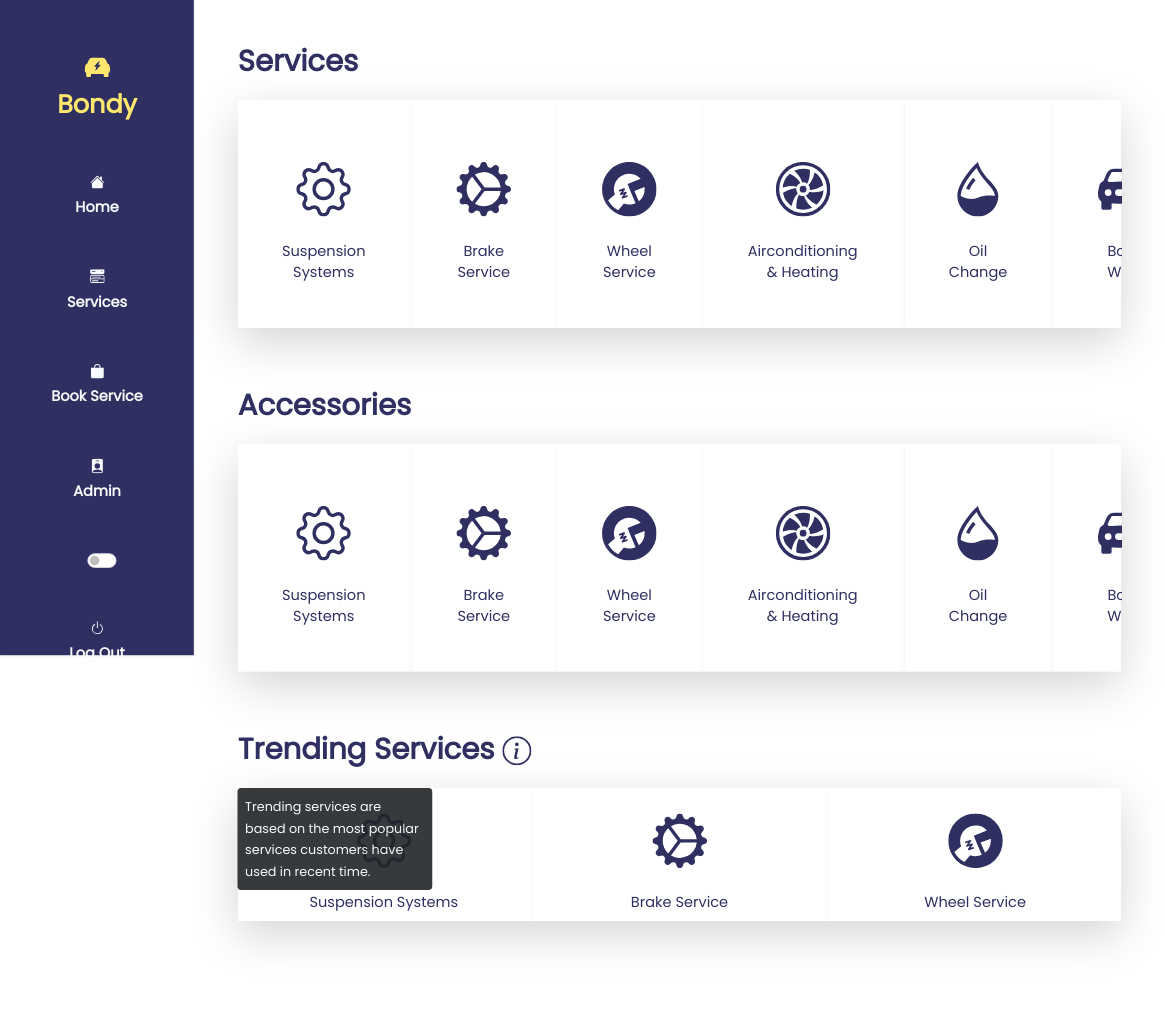
Repository: duzzisantos/bondy
Page: /, after clicking the first element matching `svg.bi-info-circle`
An editor plug-in stored every save of this project. The page is shown before and after the next save, followed by the edit.
The browser window is 1280 px wide. The pictures show the whole page, at 91% of full size.
Some web libraries are served in a nearby version. The project was rebuilt for these pictures with package versions that can differ from the ones it lists, and the page was loaded fresh each time. Also part of the build but not shown: src/components/Services/ServiceTemplate.tsx, src/data/mockData.ts, src/views/Services.tsx.

Above is the page before, as saved 2023-06-25 14:39:07.

After the next save:
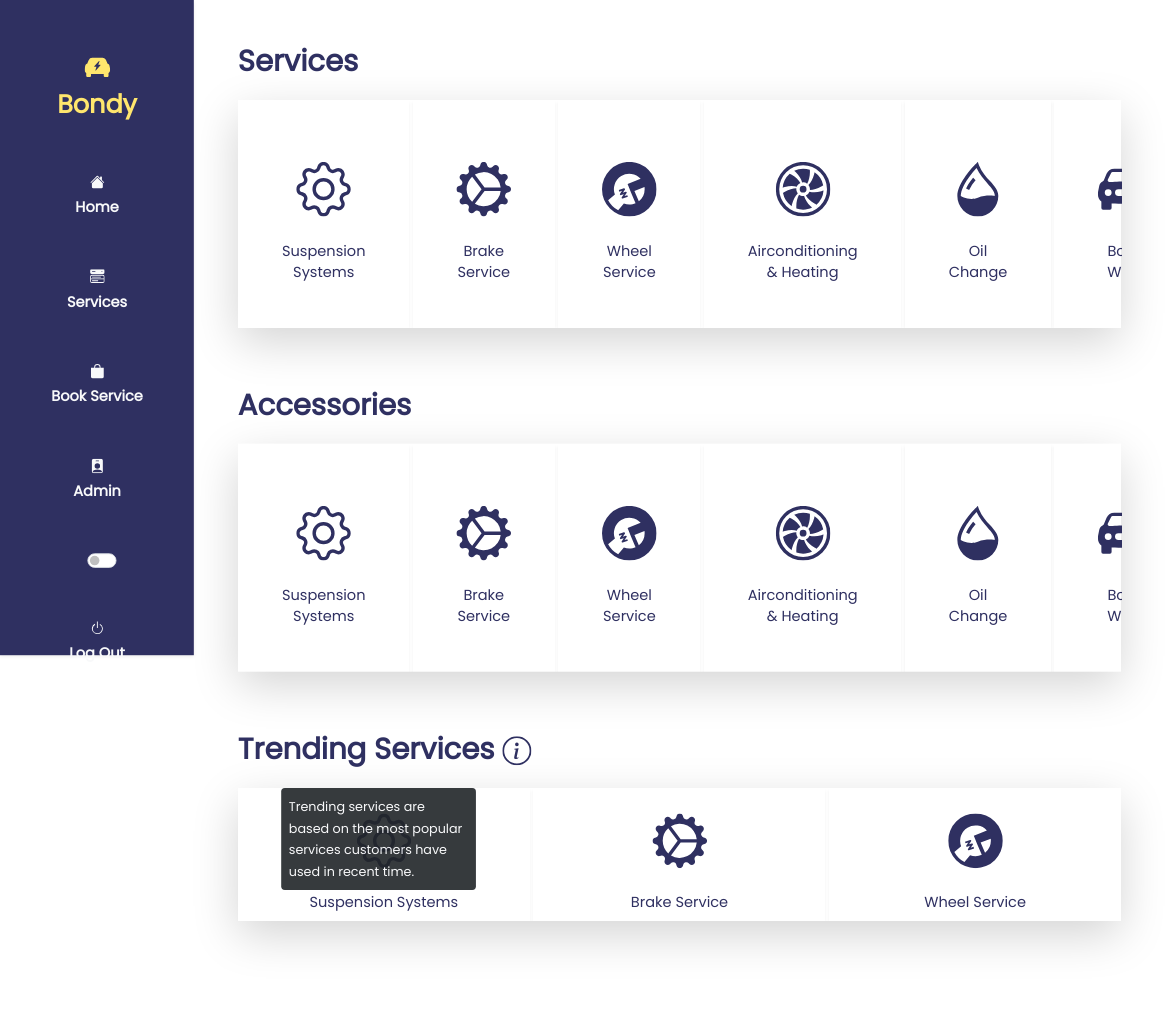
Saved 15 s later.
--- a/src/components/Home/TrendingServices.tsx
+++ b/src/components/Home/TrendingServices.tsx
@@ -3,7 +3,7 @@ import React, { FunctionComponent } from "react";
 const TrendingServices: FunctionComponent = () => {
   return (
     <div
-      className="col-sm-2 bg-dark text-light rounded-1 text-start p-2 position-absolute"
+      className="col-sm-2 bg-dark mx-5 text-light rounded-1 text-start p-2 position-absolute"
       style={{ opacity: 0.9 }}
     >
       <small>
